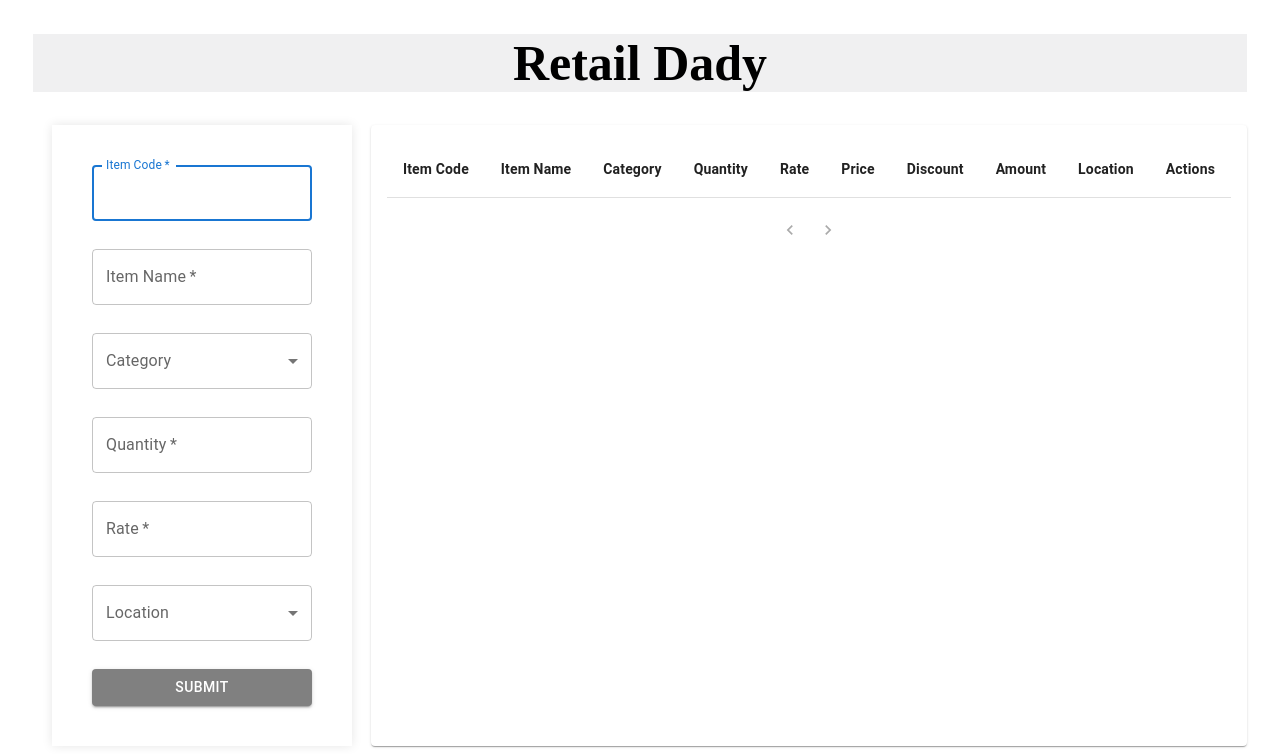
Repository: SharonSebastian32/retail-dady-frontend-app
Page: /
These files come from the project's save history. The page is drawn as it stood at one moment and after a run of saves; the edit follows.
The browser window is 1280 px wide. The pictures show the whole page.
The page's requests for data from a server got no answer. The project was rebuilt for these pictures with package versions that can differ from the ones it lists, and the page was loaded fresh each time. No one was signed in, and anything a server would have sent is missing. Also part of the build but not shown: vite.config.js, src/components/Childrens/FormDialogue.jsx, src/components/Childrens/ViewDetails.jsx, src/App.css.

Above is the page before, as saved 2024-12-07 21:32:10.

After the next 7 saves:
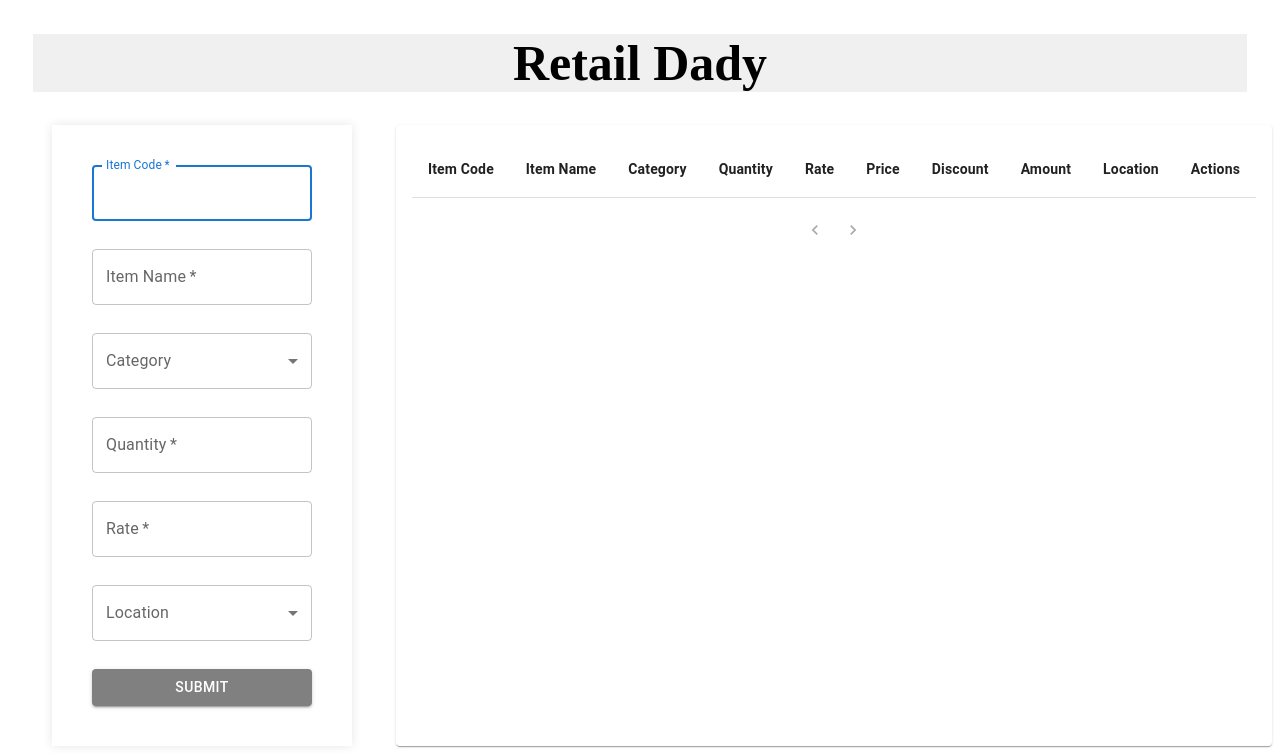
The 7 saves are shown as one change because 1 did not build or start and some came seconds apart.
The last was saved 53 s later.
--- a/src/App.jsx
+++ b/src/App.jsx
@@ -11,18 +11,20 @@
   };
 
   return (
-    <div style={{ padding: "0px 25px" }}>
-      <h1
-        style={{
-          backgroundColor: "#f0f0f1",
-          color: "black",
-          fontFamily: "serif",
-          fontSize: "50px",
-          textAlign: "center",
-        }}
-      >
-        Retail Dady
-      </h1>
+    <>
+      <div style={{ padding: "0px 25px" }}>
+        <h1
+          style={{
+            backgroundColor: "#f0f0f1",
+            color: "black",
+            fontFamily: "serif",
+            fontSize: "50px",
+            textAlign: "center",
+          }}
+        >
+          Retail Dady
+        </h1>
+      </div>
       <div
         style={{
           display: "flex",
@@ -34,7 +36,7 @@
         <InvoiceForm onFormSubmit={triggerRefresh} />
         <Tables refresh={refresh} />
       </div>
-    </div>
+    </>
   );
 }
 
